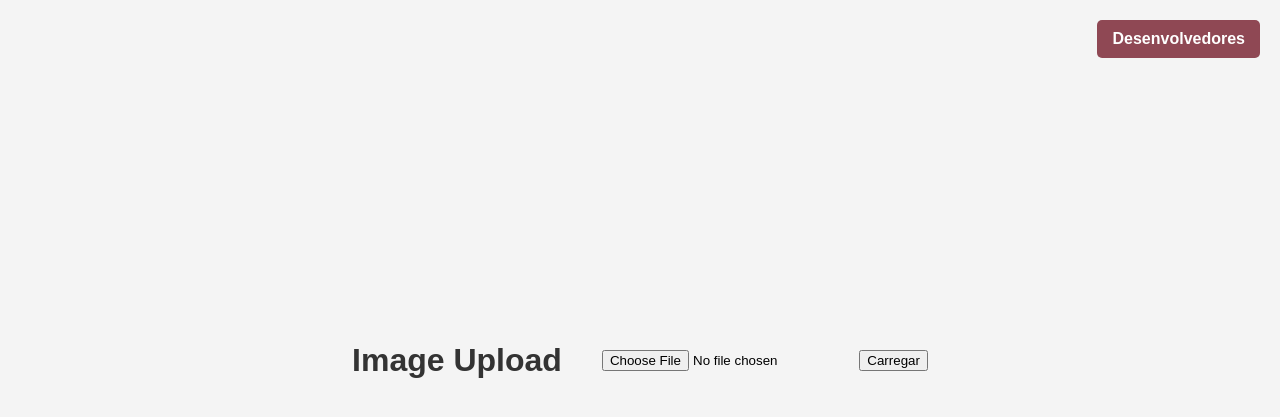
Repository: lucasmsdev/ai_recognize_images
Page: http://localhost/
The author's editor kept a record of every edit. The page is drawn from the files as they stood at one moment, then again after the next edit.
The browser window is 1280 px wide. The pictures show the whole page.
The page is served by the project's application, run on Flask 3 (app.py).

Above is the page before.

### templates/upload.html
<!-- upload.html -->

<!DOCTYPE html>
<html>
<head>
    <title>Carregar Imagem</title>
    <link rel="stylesheet" href="{{ url_for('static', filename='styles.css') }}">
</head>
<body>
    <a href="/devs" class="developers-link">Desenvolvedores</a>
    <h1>Image Upload</h1>
    <form action="/" method="post" enctype="multipart/form-data">
        <input type="file" name="image" accept="image/*" class="upload-button">
        <button type="submit" class="upload-button">Carregar</button>
    </form>
</body>
</html>

### app.py
import os
import numpy as np
import tensorflow as tf
from tensorflow.keras.preprocessing.image import load_img, img_to_array
from tensorflow.keras.applications.resnet50 import preprocess_input, decode_predictions
from flask import Flask, render_template, request
from PIL import Image  # Importe a classe Image do módulo PIL
app = Flask(__name__)

def preprocess_image(image):
    image = image.resize((224, 224))
    image = img_to_array(image)
    image = preprocess_input(image)
    image = np.expand_dims(image, axis=0)
    return image

model = tf.keras.applications.ResNet50(weights='imagenet')

@app.route('/', methods=['GET', 'POST'])
def upload_and_analyze():
    if request.method == 'POST':
        image_file = request.files['image']
        if image_file:
            image = Image.open(image_file)
            input_image = preprocess_image(image)
            predictions = model.predict(input_image)
            decoded_predictions = decode_predictions(predictions, top=3)[0]
            return render_template('result.html', predictions=decoded_predictions)
    return render_template('upload.html')

@app.route('/devs')
def devs():
    return render_template('devs.html')

if __name__ == '__main__':
    app.run(debug=True, port=8000)

### static/styles.css
/* styles.css */

/* styles.css */

body {
    font-family: Arial, sans-serif;
    background-color: #f4f4f4;
    display: flex;
    justify-content: center;
    align-items: center;
    height: 100vh;
    margin: 0;
    position: relative;
}

.developers-link {
    position: absolute;
    top: 20px;
    right: 20px;
    padding: 10px 15px;
    background-color: #8f4854; /* Cor de fundo do link */
    text-decoration: none;
    color: #fff; /* Cor do texto do link */
    font-weight: bold;
    border-radius: 5px;
    transition: background-color 0.3s ease-in-out;
}

.developers-link:hover {
    background-color: #FF0000; /* Cor de fundo do link ao passar o mouse */
}
.developers-link {
    position: absolute;
    top: 20px;
    right: 20px;
    padding: 10px 15px;
    background-color: #8f4854; /* Cor de fundo do link */
    text-decoration: none;
    color: #fff; /* Cor do texto do link */
    font-weight: bold;
    border-radius: 5px;
    transition: background-color 0.3s ease-in-out;
}

.developers-link:hover {
    background-color: #FF0000; /* Cor de fundo do link ao passar o mouse */
}

h1 {
    text-align: center;
    margin-bottom: 20px;
    color: #333;
}
h1 {
    margin-bottom: 20px;
    margin-right: 40px;
    color: #333;
}

ul.results {
    list-style-type: none;
    padding: 0;
}


ul.results li {
    margin-bottom: 15px;
    margin-left: 49px;
    padding: 15px;
    background-color: #fff;
    border-radius: 5px;
    text-align: center;
    box-shadow: 0 2px 4px rgba(0, 0, 0, 0.1);
    font-size: 18px;
}

.Assertividade {
    font-weight: bold;
    display: inline-block;
    padding: 5px 10px;
    border-radius: 20px;
}

.AltaAssertividade {
    color: #2ecc71; /* Cor verde para alta confiança */
}

.BaixaAssertividade {
    color: #e74c3c; /* Cor vermelha para baixa confiança */
}

After the next edit:
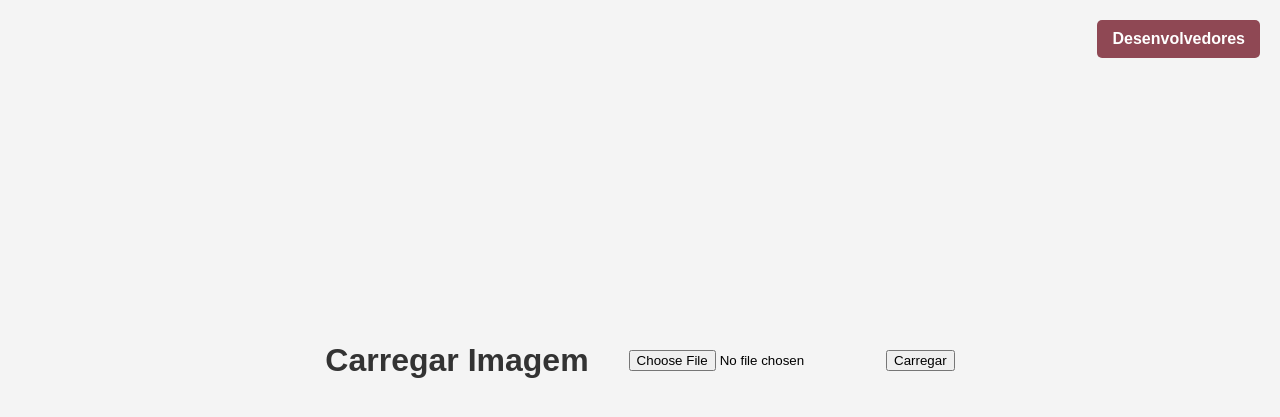
The edit:
--- a/templates/upload.html
+++ b/templates/upload.html
@@ -8,7 +8,7 @@
 </head>
 <body>
     <a href="/devs" class="developers-link">Desenvolvedores</a>
-    <h1>Image Upload</h1>
+    <h1>Carregar Imagem</h1>
     <form action="/" method="post" enctype="multipart/form-data">
         <input type="file" name="image" accept="image/*" class="upload-button">
         <button type="submit" class="upload-button">Carregar</button>
